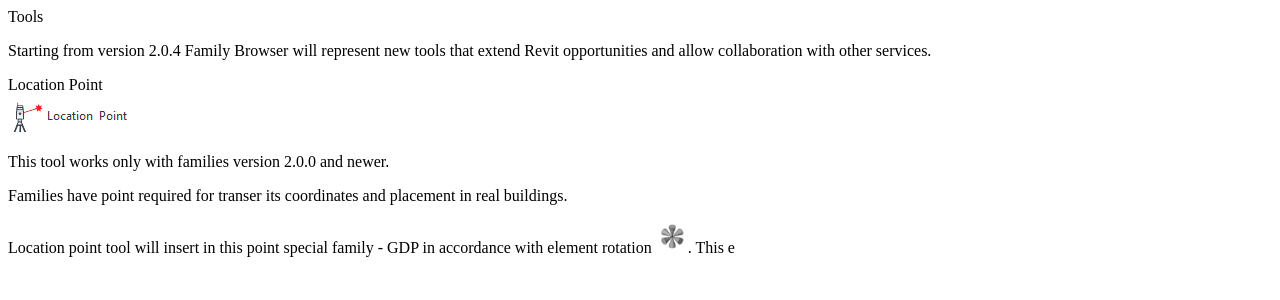
Repository: RomanLavrov/FamilyBrowserUserGuide
Page: http://localhost/FamilyBrowser/application/views/en/tools_view.php
An editor plug-in stored every save of this project. The page is shown before and after the next save, followed by the edit.
The browser window is 1280 px wide. The pictures show the whole page.
The page is run by PHP 8.4 with error messages shown; the project is at /var/www/html/.

Above is the page before, as saved 2019-10-24 11:58:27.

After the next save:
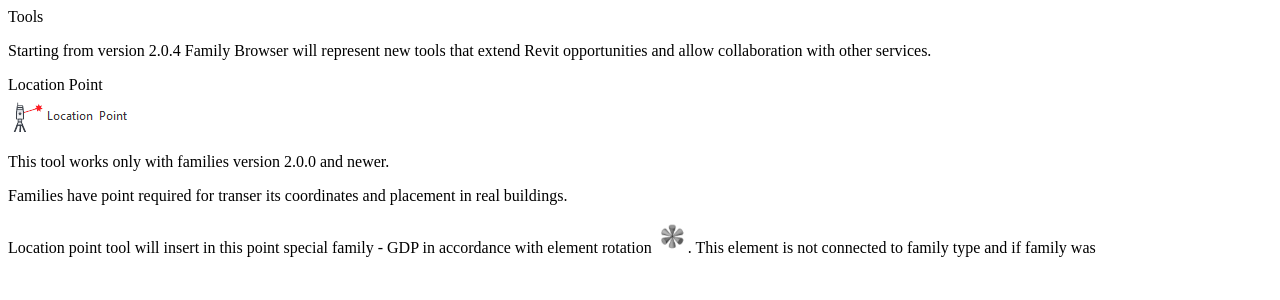
Saved 14 s later.
--- a/FamilyBrowser/application/views/en/tools_view.php
+++ b/FamilyBrowser/application/views/en/tools_view.php
@@ -11,6 +11,6 @@
       <p>This tool works only with families version 2.0.0 and newer.</p>
       <p>Families have point required for transer its coordinates and placement in real buildings.</p>
       <p>Location point tool will insert in this point special family - GDP in accordance with element rotation
-            <img style = "height:32px"src="/FamilyBrowser/images/GDP.png" alt="">. This e
+            <img style = "height:32px"src="/FamilyBrowser/images/GDP.png" alt="">. This element is not connected to family type and if family was
 </p>
 </div>
